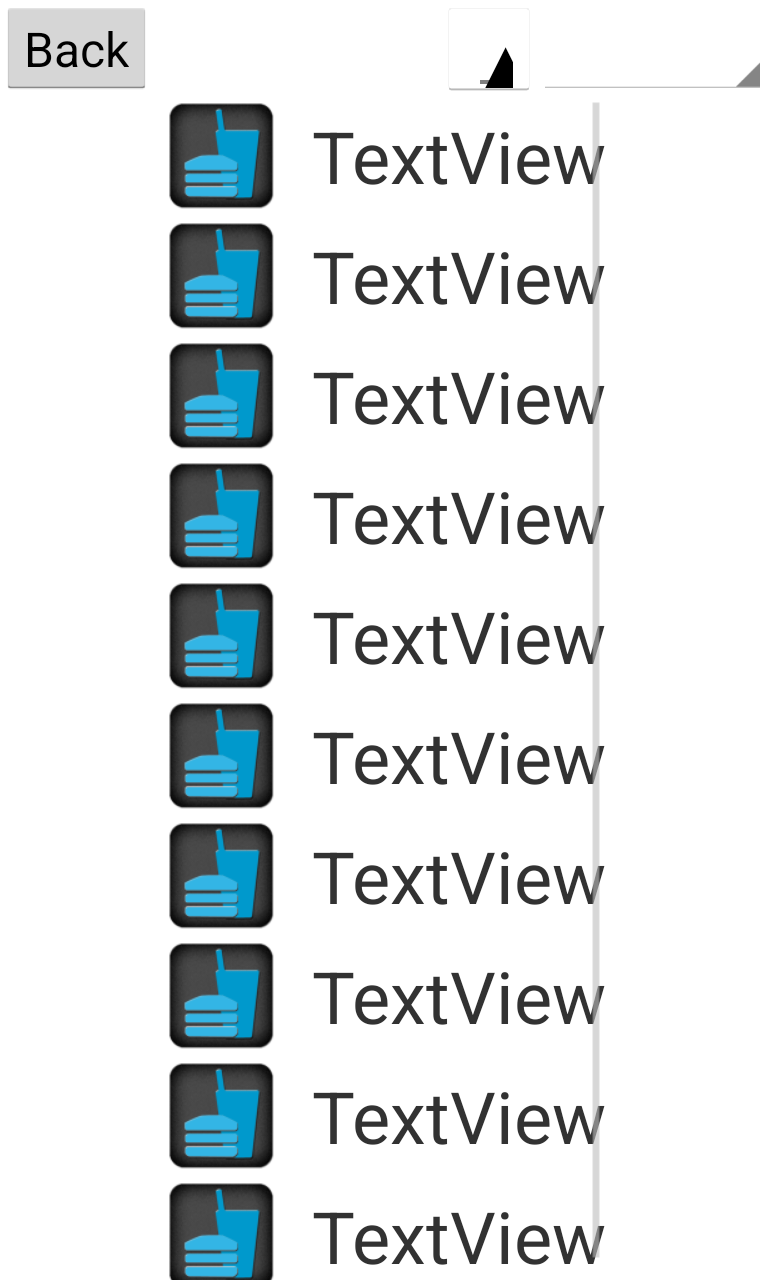
Repository: vitchyr/javoe
Layout: FirstRelease/res/layout/restaurant.xml
The author's editor kept a copy of each file at every save. The layout is drawn from the files as they stood at one save, then again after the next save.
It is drawn on a 768 x 1280 px phone screen (xhdpi) without system bars, with theme AppTheme; the app's code is not run.

Above is the layout before, as saved 2013-08-19 15:08:22.

### FirstRelease/res/layout/restaurant.xml
<LinearLayout xmlns:android="http://schemas.android.com/apk/res/android"
    xmlns:tools="http://schemas.android.com/tools"
    android:layout_width="match_parent"
    android:layout_height="fill_parent"
    android:gravity="center_horizontal"
    android:orientation="vertical"
    tools:context=".RestaurantActivity" >

    <LinearLayout
        android:layout_width="match_parent"
        android:layout_height="48dp"
        android:gravity="center_vertical" >

        <Button
            android:id="@+id/btnRestaurantBack"
            style="?android:attr/buttonStyleSmall"
            android:layout_width="wrap_content"
            android:layout_height="wrap_content"
            android:text="Back"
            android:textSize="24sp" />

        <TextView
            android:id="@+id/textView1"
            android:layout_width="144dp"
            android:layout_height="wrap_content" />

        <ToggleButton
            android:id="@+id/toggleButton1"
            android:layout_width="48dp"
            android:layout_height="48dp"
            android:textOff="▲"
            android:textOn="▼"
            android:textSize="40sp" />

        <Spinner
            android:id="@+id/spinner1"
            android:layout_width="wrap_content"
            android:layout_height="48dp"
            android:layout_weight="1" />

    </LinearLayout>

    <ScrollView
        android:id="@+id/scrollView1"
        android:layout_width="wrap_content"
        android:layout_height="match_parent" >

        <LinearLayout
            android:layout_width="wrap_content"
            android:layout_height="match_parent"
            android:orientation="vertical" >

            <LinearLayout
                android:id="@+id/food1"
                android:layout_width="match_parent"
                android:layout_height="wrap_content"
                android:clickable="true"
                android:gravity="center_vertical" >

                <ImageView
                    android:id="@+id/imageView1"
                    android:layout_width="60dp"
                    android:layout_height="60dp"
                    android:src="@drawable/ic_launcher" />

                <TextView
                    android:id="@+id/textView2"
                    android:layout_width="wrap_content"
                    android:layout_height="wrap_content"
                    android:paddingLeft="15dp"
                    android:text="TextView"
                    android:textSize="36sp" />
            </LinearLayout>

            <LinearLayout
                android:id="@+id/food2"
                android:layout_width="match_parent"
                android:layout_height="wrap_content"
                android:clickable="true"
                android:gravity="center_vertical" >

                <ImageView
                    android:id="@+id/imageView2"
                    android:layout_width="60dp"
                    android:layout_height="60dp"
                    android:src="@drawable/ic_launcher" />

                <TextView
                    android:id="@+id/textView3"
                    android:layout_width="wrap_content"
                    android:layout_height="wrap_content"
                    android:paddingLeft="15dp"
                    android:text="TextView"
                    android:textSize="36sp" />
            </LinearLayout>

            <LinearLayout
                android:id="@+id/food3"
                android:layout_width="match_parent"
                android:layout_height="wrap_content"
                android:clickable="true"
                android:gravity="center_vertical" >

                <ImageView
                    android:id="@+id/imageView3"
                    android:layout_width="60dp"
                    android:layout_height="60dp"
                    android:src="@drawable/ic_launcher" />

                <TextView
                    android:id="@+id/textView4"
                    android:layout_width="wrap_content"
                    android:layout_height="wrap_content"
                    android:paddingLeft="15dp"
                    android:text="TextView"
                    android:textSize="36sp" />
            </LinearLayout>

            <LinearLayout
                android:id="@+id/food4"
                android:layout_width="match_parent"
                android:layout_height="wrap_content"
                android:clickable="true"
                android:gravity="center_vertical" >

                <ImageView
                    android:id="@+id/imageView4"
                    android:layout_width="60dp"
                    android:layout_height="60dp"
                    android:src="@drawable/ic_launcher" />

                <TextView
                    android:id="@+id/textView5"
                    android:layout_width="wrap_content"
                    android:layout_height="wrap_content"
                    android:paddingLeft="15dp"
                    android:text="TextView"
                    android:textSize="36sp" />
            </LinearLayout>

            <LinearLayout
                android:id="@+id/food5"
                android:layout_width="match_parent"
                android:layout_height="wrap_content"
                android:clickable="true"
                android:gravity="center_vertical" >

                <ImageView
                    android:id="@+id/imageView5"
                    android:layout_width="60dp"
                    android:layout_height="60dp"
                    android:src="@drawable/ic_launcher" />

                <TextView
                    android:id="@+id/textView6"
                    android:layout_width="wrap_content"
                    android:layout_height="wrap_content"
                    android:paddingLeft="15dp"
                    android:text="TextView"
                    android:textSize="36sp" />
            </LinearLayout>

            <LinearLayout
                android:id="@+id/food6"
                android:layout_width="match_parent"
                android:layout_height="wrap_content"
                android:clickable="true"
                android:gravity="center_vertical" >

                <ImageView
                    android:id="@+id/imageView6"
                    android:layout_width="60dp"
                    android:layout_height="60dp"
                    android:src="@drawable/ic_launcher" />

                <TextView
                    android:id="@+id/textView7"
                    android:layout_width="wrap_content"
                    android:layout_height="wrap_content"
                    android:paddingLeft="15dp"
                    android:text="TextView"
                    android:textSize="36sp" />
            </LinearLayout>

            <LinearLayout
                android:id="@+id/food7"
                android:layout_width="match_parent"
                android:layout_height="wrap_content"
                android:clickable="true"
                android:gravity="center_vertical" >

                <ImageView
                    android:id="@+id/imageView7"
                    android:layout_width="60dp"
                    android:layout_height="60dp"
                    android:src="@drawable/ic_launcher" />

                <TextView
                    android:id="@+id/textView8"
                    android:layout_width="wrap_content"
                    android:layout_height="wrap_content"
                    android:paddingLeft="15dp"
                    android:text="TextView"
                    android:textSize="36sp" />
            </LinearLayout>

            <LinearLayout
                android:id="@+id/food8"
                android:layout_width="match_parent"
                android:layout_height="wrap_content"
                android:clickable="true"
                android:gravity="center_vertical" >

                <ImageView
                    android:id="@+id/imageView8"
                    android:layout_width="60dp"
                    android:layout_height="60dp"
                    android:src="@drawable/ic_launcher" />

                <TextView
                    android:id="@+id/textView9"
                    android:layout_width="wrap_content"
                    android:layout_height="wrap_content"
                    android:paddingLeft="15dp"
                    android:text="TextView"
                    android:textSize="36sp" />
            </LinearLayout>

            <LinearLayout
                android:id="@+id/food9"
                android:layout_width="match_parent"
                android:layout_height="wrap_content"
                android:clickable="true"
                android:gravity="center_vertical" >

                <ImageView
                    android:id="@+id/imageView9"
                    android:layout_width="60dp"
                    android:layout_height="60dp"
                    android:src="@drawable/ic_launcher" />

                <TextView
                    android:id="@+id/textView10"
                    android:layout_width="wrap_content"
                    android:layout_height="wrap_content"
                    android:paddingLeft="15dp"
                    android:text="TextView"
                    android:textSize="36sp" />
            </LinearLayout>

            <LinearLayout
                android:id="@+id/food10"
                android:layout_width="match_parent"
                android:layout_height="wrap_content"
                android:clickable="true"
                android:gravity="center_vertical" >

                <ImageView
                    android:id="@+id/imageView10"
                    android:layout_width="60dp"
                    android:layout_height="60dp"
                    android:src="@drawable/ic_launcher" />

                <TextView
                    android:id="@+id/textView11"
                    android:layout_width="wrap_content"
                    android:layout_height="wrap_content"
                    android:paddingLeft="15dp"
                    android:text="TextView"
                    android:textSize="36sp" />
            </LinearLayout>
        </LinearLayout>
    </ScrollView>

</LinearLayout>

Loaded but not shown: FirstRelease/res/values/styles.xml (common file); FirstRelease/res/values-v11/styles.xml (common file); FirstRelease/res/values-v14/styles.xml (common file)

After the next save:
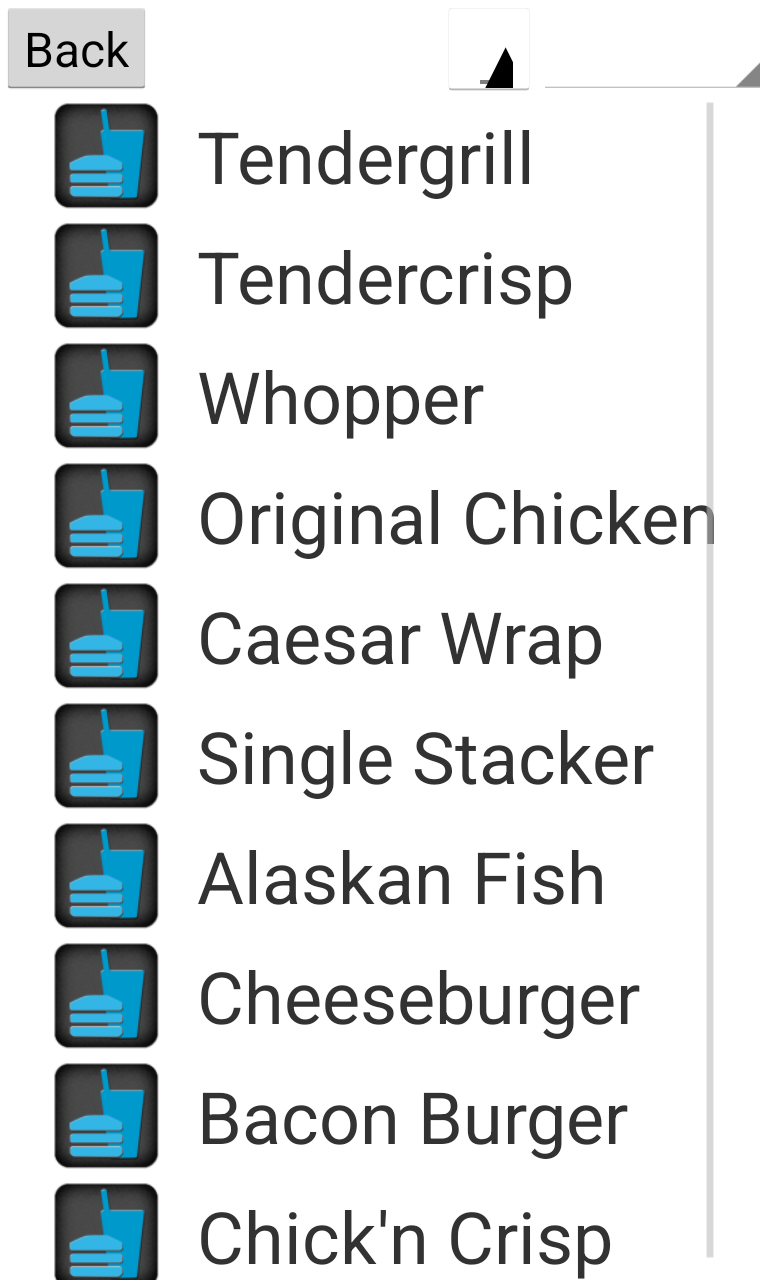
Saved 4 h 49 min later.
--- a/FirstRelease/res/layout/restaurant.xml
+++ b/FirstRelease/res/layout/restaurant.xml
@@ -68,7 +68,7 @@
                     android:layout_width="wrap_content"
                     android:layout_height="wrap_content"
                     android:paddingLeft="15dp"
-                    android:text="TextView"
+                    android:text="Tendergrill"
                     android:textSize="36sp" />
             </LinearLayout>
 
@@ -90,7 +90,7 @@
                     android:layout_width="wrap_content"
                     android:layout_height="wrap_content"
                     android:paddingLeft="15dp"
-                    android:text="TextView"
+                    android:text="Tendercrisp"
                     android:textSize="36sp" />
             </LinearLayout>
 
@@ -112,7 +112,7 @@
                     android:layout_width="wrap_content"
                     android:layout_height="wrap_content"
                     android:paddingLeft="15dp"
-                    android:text="TextView"
+                    android:text="Whopper"
                     android:textSize="36sp" />
             </LinearLayout>
 
@@ -134,7 +134,7 @@
                     android:layout_width="wrap_content"
                     android:layout_height="wrap_content"
                     android:paddingLeft="15dp"
-                    android:text="TextView"
+                    android:text="Original Chicken"
                     android:textSize="36sp" />
             </LinearLayout>
 
@@ -156,7 +156,7 @@
                     android:layout_width="wrap_content"
                     android:layout_height="wrap_content"
                     android:paddingLeft="15dp"
-                    android:text="TextView"
+                    android:text="Caesar Wrap"
                     android:textSize="36sp" />
             </LinearLayout>
 
@@ -178,7 +178,7 @@
                     android:layout_width="wrap_content"
                     android:layout_height="wrap_content"
                     android:paddingLeft="15dp"
-                    android:text="TextView"
+                    android:text="Single Stacker"
                     android:textSize="36sp" />
             </LinearLayout>
 
@@ -200,7 +200,7 @@
                     android:layout_width="wrap_content"
                     android:layout_height="wrap_content"
                     android:paddingLeft="15dp"
-                    android:text="TextView"
+                    android:text="Alaskan Fish"
                     android:textSize="36sp" />
             </LinearLayout>
 
@@ -222,7 +222,7 @@
                     android:layout_width="wrap_content"
                     android:layout_height="wrap_content"
                     android:paddingLeft="15dp"
-                    android:text="TextView"
+                    android:text="Cheeseburger"
                     android:textSize="36sp" />
             </LinearLayout>
 
@@ -244,7 +244,7 @@
                     android:layout_width="wrap_content"
                     android:layout_height="wrap_content"
                     android:paddingLeft="15dp"
-                    android:text="TextView"
+                    android:text="Bacon Burger"
                     android:textSize="36sp" />
             </LinearLayout>
 
@@ -266,8 +266,9 @@
                     android:layout_width="wrap_content"
                     android:layout_height="wrap_content"
                     android:paddingLeft="15dp"
-                    android:text="TextView"
-                    android:textSize="36sp" />
+                    android:text="Chick&apos;n Crisp"
+                    android:textSize="36sp" />
+
             </LinearLayout>
         </LinearLayout>
     </ScrollView>
